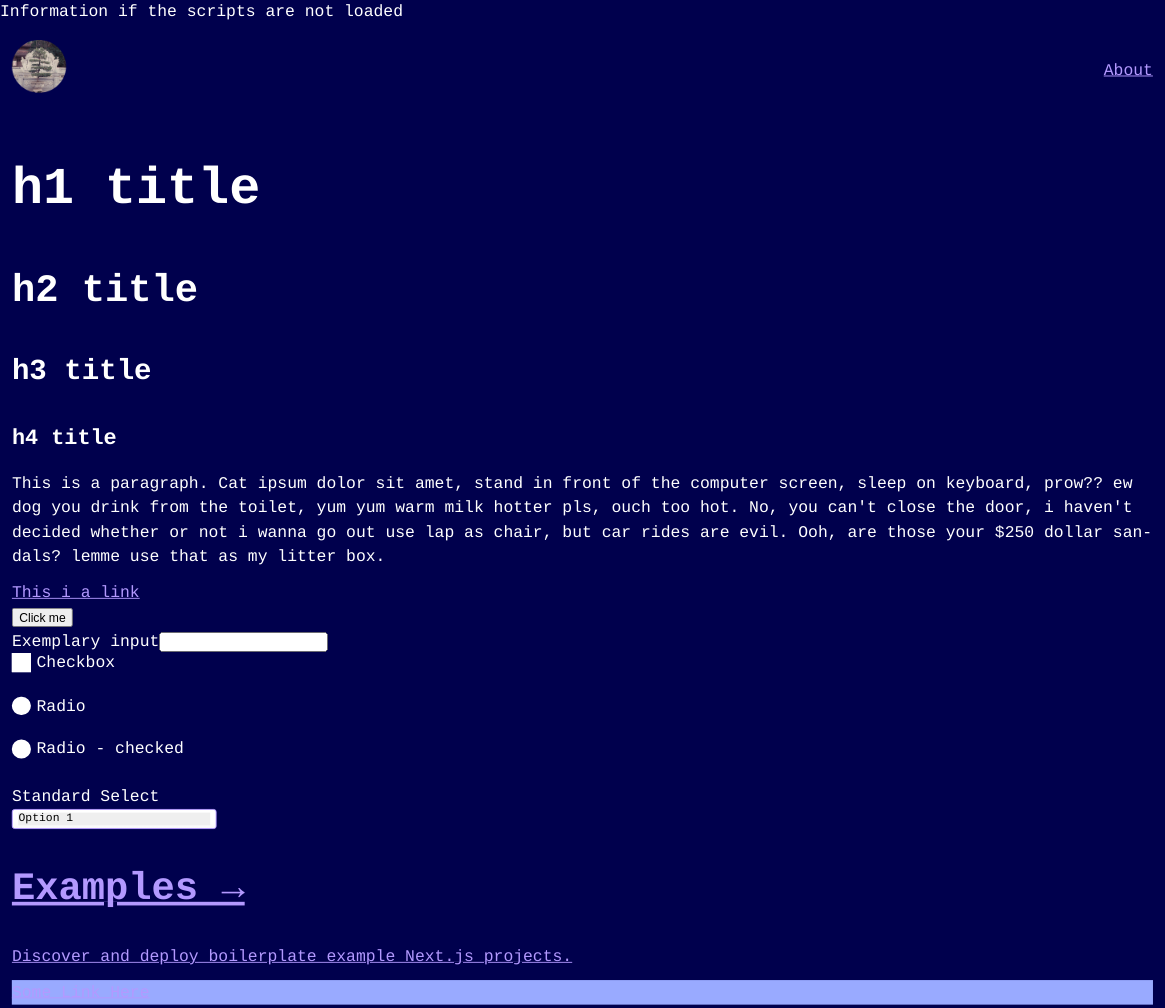
Repository: magiai/scent-app
Page: /
The author's editor kept a copy of each file at every save. The page is drawn from the files as they stood at one save, then again after the next save.
The browser window is 1280 px wide. The pictures show the whole page, at 91% of full size.
The project was rebuilt for these pictures with package versions that can differ from the ones it lists, and the page was loaded fresh each time. The framework's server and built-in components were replaced by stand-ins that run in the browser.

Above is the page before, as saved 2022-05-25 18:38:24.

After the next save:
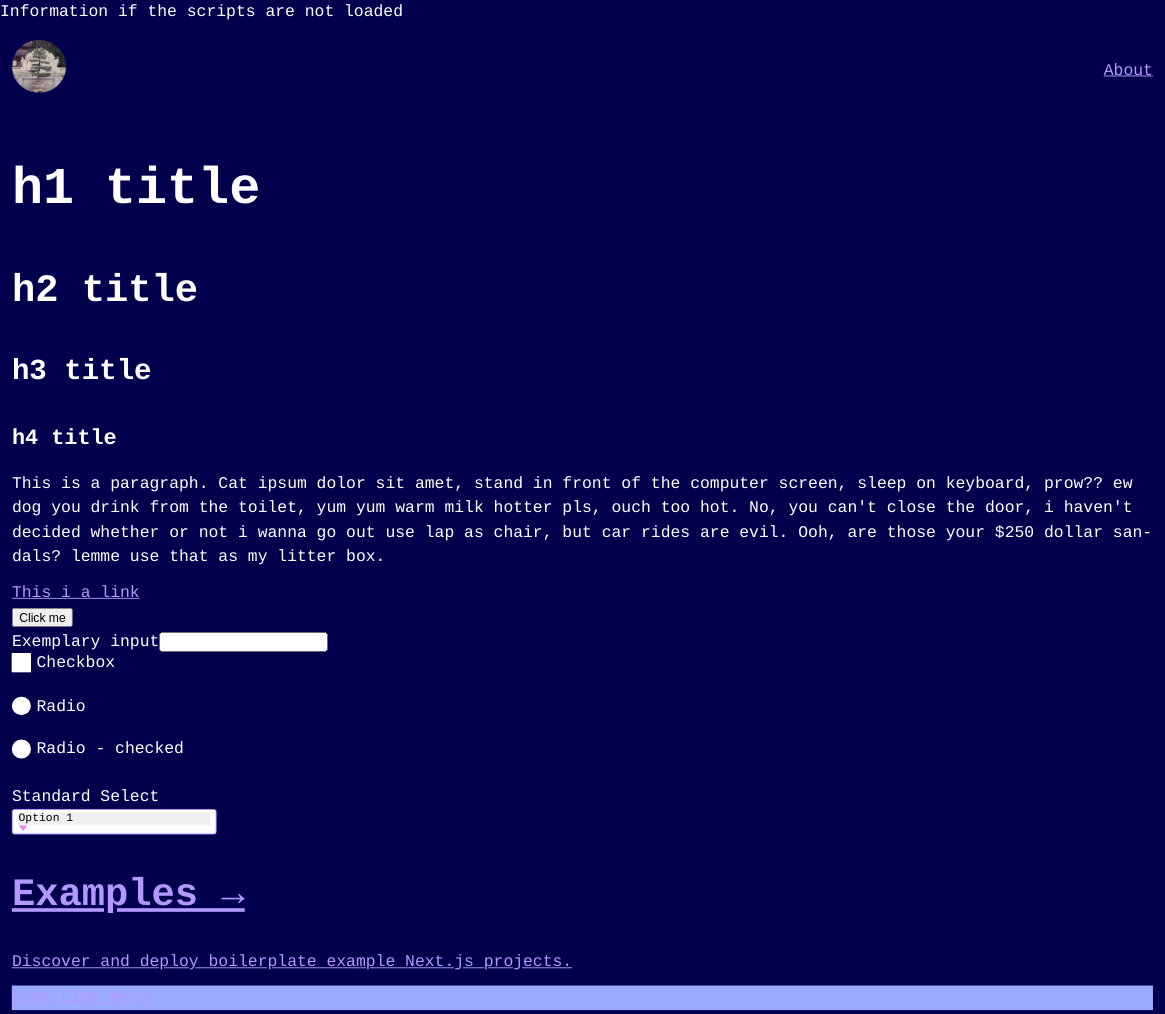
Saved 76 s later.
--- a/styles/forms.css
+++ b/styles/forms.css
@@ -108,6 +108,7 @@ select::-ms-expand {
     line-height: 1.1;
     background-color: var(--color--white);
     background-image: linear-gradient(to top, #f9f9f9, var(--color--white) 33%);
+    display: grid;
   }
 
 .select::after {
